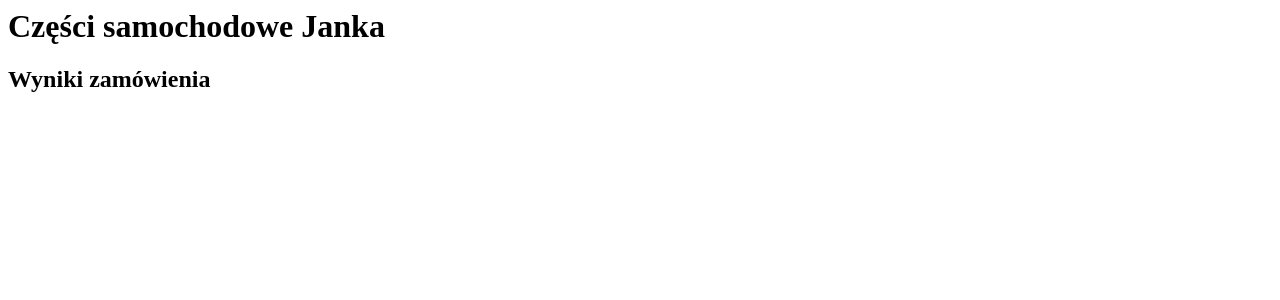
Repository: gabr/workspace
Page: http://localhost/przetworzzamowienie.php
These files come from the project's save history. The page is drawn as it stood at one moment and after the next save; the edit follows.
The browser window is 1280 px wide. The pictures show the whole page.
The page is run by PHP 8.4 with error messages shown; the project is at /var/www/html/.

Above is the page before, as saved 2013-02-23 17:31:41.

### php 001 - formularz/przetworzzamowienie.php
<html>
<head>
<title>Wyniki zamówienia</title>
</head>
<body>
  <h1>Części samochodowe Janka</h1>
  <h2>Wyniki zamówienia</h2>

  <?php



  ?>

</body>
</html>

After the next save:
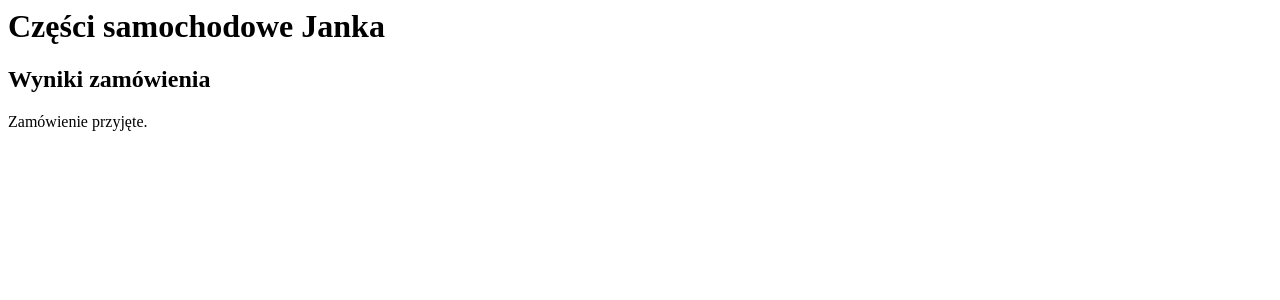
Saved 13 min 33 s later.
--- a/php 001 - formularz/przetworzzamowienie.php
+++ b/php 001 - formularz/przetworzzamowienie.php
@@ -8,7 +8,7 @@
 
   <?php
 
-
+	echo "<p>Zamówienie przyjęte.</p>";
 
   ?>
 
